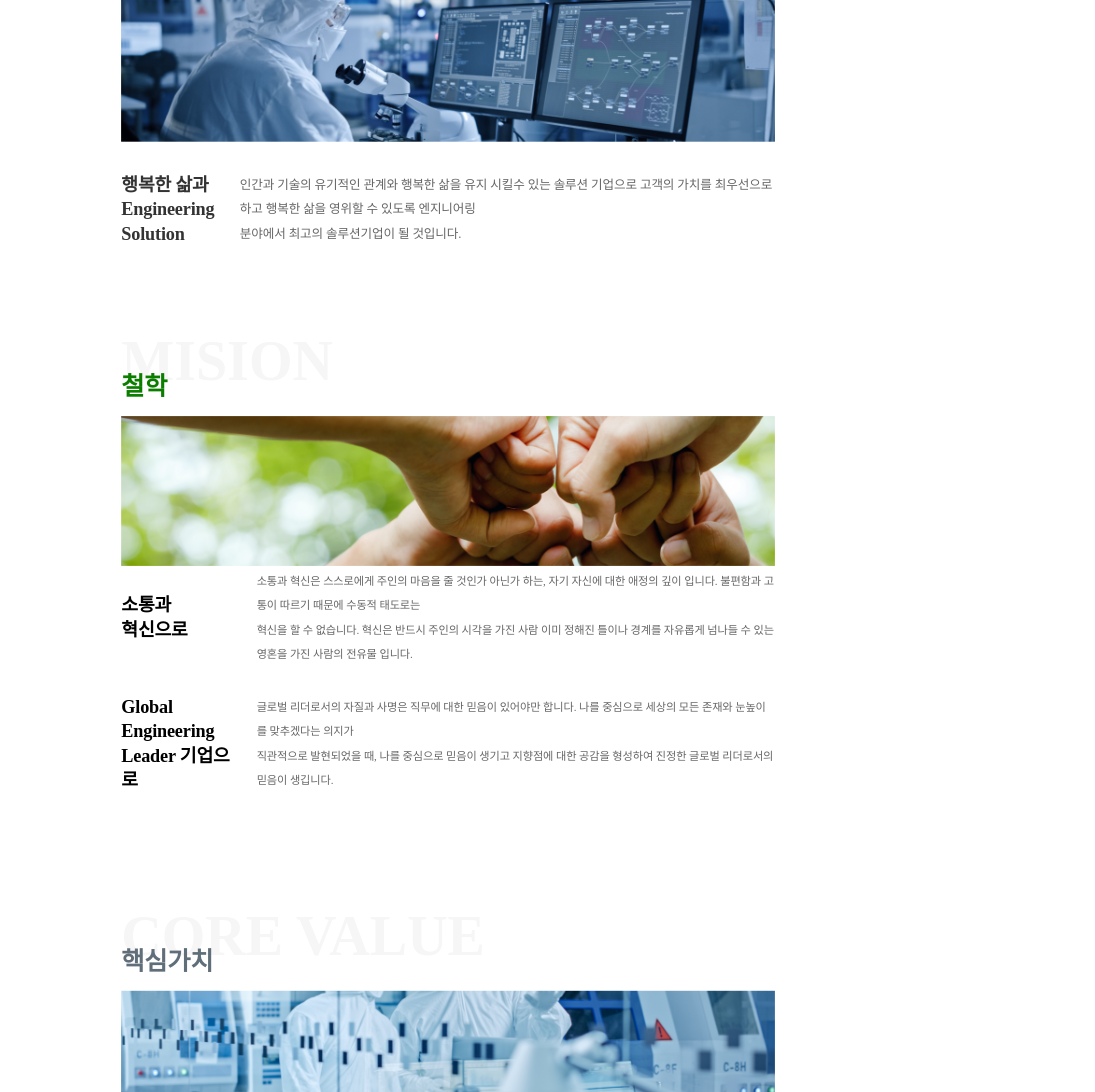
Repository: wogml3270/kumyoungENG
Page: sub/about/about_company.html
An editor plug-in stored every save of this project. The page is shown before and after the next save, followed by the edit.
The browser window is 1280 px wide. The page is 1564 px wide, so the pictures cover 1564 px, including what lies to the right of the window. The pictures show the part of the page from y = 958 to 2518 px (the page is 3113 px tall before and 3095 px after), at 70% of full size.
Some web fonts or font styles are not loaded; a fallback is used.

Above is the page before, as saved 2022-07-25 14:42:09.

### sub/about/about_company.html
<!DOCTYPE html>
<html lang="ko">
    <head>
        <meta charset="UTF-8" />
        <meta http-equiv="X-UA-Compatible" content="ie=edge" />
        <meta name="viewport" content="width=device-width, initial-scale=1.0" />
        <link rel="stylesheet" href="./../css/reset.css" />
        <link rel="stylesheet" href="./../css/about_company.css" />
        <link rel="stylesheet" href="./../css/about_banner.css">
        <link rel="stylesheet" href="./../css/snb_bar.css">
        <link rel="stylesheet" href="../../css/header.css">
        <link rel="stylesheet" href="../../css/footer.css">
        <link rel="stylesheet" href="/css/media.css">
        <script src="https://ajax.googleapis.com/ajax/libs/jquery/3.5.1/jquery.min.js"></script>
        <script src="http://ajax.aspnetcdn.com/ajax/jQuery/jquery-1.12.4.min.js"></script>
        <script src="https://code.jquery.com/jquery-1.12.4.min.js"></script>
        <script src="../../js/script.js"></script>
        <script src="../../js/snb_bar.js"></script>
        <title>회사소개_기업정신</title>
    </head>
    <body>
        <div id="header"></div>
        <div id="wrap">
            <div class="about-banner">
                <p>KUM YOUNG ENG</p>
                <span></span>
                <h3>회사소개</h3>
                <!-- <img src="./../images/company-banner-image.png" alt="배너 이미지"> -->
            </div>

            <div class="snb">
                <a href="/">homeimg</a>

                    <ul class="snb_box">
                        <li><a href="">회사소개<img src="./../images/Vector 1.png" alt=""></a></li>
                        <li>
                            <a href="/sub/about/about_company.html">기업정신<img src="./../images/Vector 1.png" alt=""></a>
                            <ol class="lnb">
                                <li><a href="/sub/about/about_greeting.html">인사말</a></li>
                                <!-- <li><a href="/sub/about/about_company.html">기업정신</a></li> -->
                                <li><a href="/sub/about/about_management.html">경영이념</a></li>
                                <li><a href="">ESG경영</a></li>
                                <li><a href="/sub/about/about_history.html">연혁</a></li>
                                <li><a href="/sub/about/about_org.html">조직도</a></li>
                                <li><a href="/sub/about/about_branch.html">지사/해외법인</a></li>
                                <li><a href="/sub/about/about_wayto.html">오시는길</a></li>
                            </ol>
                        </li>
                    </ul>
              </div>

            <section id="mind">
                <h2>기업정신</h2>

                <article class="vision">
                    <h3>VISION</h3>
                    <h4>비전</h4>

                    <img src="./../images/vision-image.png" alt="행복한 삶과 Engineering Solution">


                    <div class="firsttx">
                        <p>
                            행복한 삶과 <br />
                            Engineering Solution
                        </p>

                        <p>
                            인간과 기술의 유기적인 관계와 행복한 삶을 유지 시킬수 있는 솔루션 기업으로
                            고객의 가치를 최우선으로 하고 행복한 삶을 영위할 수 있도록 엔지니어링 <br />
                            분야에서 최고의 솔루션기업이 될 것입니다.
                        </p>
                    </div>
                </article>

                <article class="mission">
                    <h3>MISION</h3>
                    <h4>철학</h4>
                    <img src="./../images/mission-image.png" alt="소통과 혁신으로 Global Engineering Leader 기업으로">

                    <table class="secondtx">
                        <tr>
                            <th>
                                소통과 <br />
                                혁신으로
                            </th>

                            <td>
                                소통과 혁신은 스스로에게 주인의 마음을 줄 것인가 아닌가 하는, 자기 자신에 대한 애정의 깊이 입니다.
                                불편함과 고통이 따르기 때문에 수동적 태도로는 <br />
                                혁신을 할 수 없습니다. 혁신은 반드시 주인의 시각을 가진 사람 이미 정해진 틀이나
                                경계를 자유롭게 넘나들 수 있는 영혼을 가진 사람의 전유물 입니다.
                            </td>
                        </tr>

                        <div>
                            <th>
                                Global Engineering <br />
                                Leader 기업으로
                            </th>

                            <td>
                                글로벌 리더로서의 자질과 사명은 직무에 대한 믿음이 있어야만 합니다.
                                나를 중심으로 세상의 모든 존재와 눈높이를 맞추겠다는 의지가 <br />
                                직관적으로 발현되었을 때, 나를 중심으로 믿음이 생기고 지향점에 대한 공감을 형성하여
                                진정한 글로벌 리더로서의 믿음이 생깁니다.
                            </td>
                        </div>
                    </table>
                </article>

                <article class="core_value">
                    <h3>CORE VALUE</h3>
                    <h4>핵심가치</h4>

                    <img src="./../images/value-image.png" alt="핵심가치">
                    <div class="thirdtx">
                        <dl>
                            <dt>고객우선</dt>
                            <dd>KY ENG는 고객이 원하는 믿을 수 있는 제품과 서비스를 제공한다.</dd>
                        </dl>
                        <dl>
                            <dt>인재우선</dt>
                            <dd>KY ENG는 신뢰와 존중을 바탕으로 기업과 인재가 함께 성장해 나갑니다.</dd>
                        </dl>
                        <dl>
                            <dt>창의적 혁신</dt>
                            <dd>KY ENG는 독창적 사고로 고정관념을 타파하여 차별화된 경쟁력을 확보하고 새로운 시장을 선도한다.</dd>
                        </dl>
                        <dl>
                            <dt>변화선도</dt>
                            <dd>KY ENG 는 현실안주를 퇴보로 인식하고, 끊임없이 변화와 혁신을 추구해온 기업이며 세계시장을 리드하고 변화를 선도하는 기업이 되기 위해 노력합니다.</dd>
                        </dl>
                    </div>

                </article>
            </section>
        </div>
        <div id="footer"></div>
    </body>
</html>

### sub/css/reset.css
@charset "UTF-8";

* {
    margin: 0;
    padding: 0;
  }

  body,
  html {
    width: 100%;
    height: 100%;
    font-family: "Pretendard";
  }

  ul,
  li {
    list-style: none;
    text-decoration: none;
  }

  a:link,
  a:visited,
  a:hover,
  a:active {
    color: #fff;
    text-decoration: none;
  }

### sub/css/about_company.css
@charset "utf-8";

@import url("https://cdn.jsdelivr.net/gh/orioncactus/pretendard@v1.3.4/dist/web/static/pretendard.css");

table{
  border-collapse: collapse;
}
tr,th,td{
  text-align: left;
  letter-spacing: -0.01em;
  font-family: 'Pretendard';
  font-style: normal;
}
th{
  font-weight: 600;
  font-size: 26px;
  line-height: 35px;
  padding-right: 3%;
  padding-bottom: 40px;
}
td{
  font-weight: 400;
  line-height: 35px;
  color: #666666;
  padding-bottom: 40px;
}

#wrap > img {
  width: 100%;
  height: auto;
}

#mind {
  width: 100%;
  padding-top: 110px;
}

#mind > h2 {
  color: #333;
  font-size: 24px;
  font-weight: 600;
  text-align: center;
}

article {
  width: 72.916%;
  margin-left: 13.5416%;
  margin-top: 120px;
}

article > h3 {
  color: #f6f6f6;
  font-size: 80px;
  font-weight: 800;
}

article > h4 {
  font-size: 36px;
  font-weight: 600;
  letter-spacing: -0.01em;
  position: relative;
  top: -40px;
}

article > img {
  width: 100%;
  margin-top: -20px;
}

.vision > h4 {
  color: #004170;
}

.firsttx {
  display: flex;
  flex-flow: row nowrap;
  justify-content: space-between;
  margin-top: 40px;
}
.firsttx > p {
  line-height: 35px;
  letter-spacing: -0.01em;
}
.firsttx > p:nth-child(1) {
  color: #333;
  font-size: 26px;
  font-weight: 600;
  margin-right: 10px;
}
.firsttx > p:nth-child(2) {
  color: #666;
  font-weight: 400;
  font-size: 18px;
}

.mission > h4 {
  color: #0B7E00;
}
.secondtx > div {
  display: flex;
  flex-flow: row nowrap;
  justify-content: flex-start;
  margin-top: 40px;
  line-height: 35px;
}

.secondtx > div > p {
  word-break: keep-all;
}

.secondtx > div:nth-child(1) > p:nth-child(1){
  margin-right: 249px;
}
.secondtx > div:nth-child(2) > p:nth-child(1){
  margin-right: 116px;
}

.secondtx > div > p:nth-child(1){
  color: #333;
  font-size: 26px;
  font-weight: 600;
}
.secondtx > div > p:nth-child(2){
  color: #666;
  font-size: 18px;
  font-weight: 400;
}

.core_value > h4 {
  color: #606E79;
}

.thirdtx {
  margin-top: 40px;
}

.thirdtx > dl {
  display: flex;
  flex-flow: row nowrap;
  justify-content: flex-start;
  margin-bottom: 20px;
}

.thirdtx > dl:last-child {
  margin-bottom: initial;
}

.thirdtx > dl > dt {
  color: #333;
  font-size: 26px;
  font-weight: 600;
  line-height: 35px;
  white-space: nowrap;
}

.thirdtx > dl > dd {
  color: #666;
  font-size: 18px;
  font-weight: 400;
  line-height: 35px;
  margin-left: 17.7857%;
  white-space: nowrap;
}

.thirdtx > dl:nth-child(3) > dd {
  margin-left: 15.7857%;
}

@media screen and (max-width: 899px){

  article{
    width: 80%;
    margin: 120px auto;
  }

  article > h3 {
    font-size: 50px;
  }

  article > h4 {
    font-size: 25px;
  }
  article > div > p:nth-child(1){
    font-size: 20px;
  }
  article > div > p:nth-child(2){
    font-size: 15px;
  }
  .firsttx{
      display: block;
  }
  .firsttx > p:nth-child(1) {
    font-size: 20px;
    margin-right: 0;
  }
  .firsttx > p:nth-child(2){
    font-size: 15px;
  }

  .secondtx > div {
    display: block;
    line-height: 29px;
  }
  .secondtx > div:nth-child(1) > p:nth-child(1){
    margin-right: 0;
    margin-bottom: 10px;
  }

  .secondtx > div:nth-child(2){
    display: block;
  }

  .secondtx > div > p > br {
    display: none;
  }
  .secondtx > div > p:nth-child(1){
    font-size: 20px;
    margin-right: 0;
  }

  .secondtx > div:nth-child(2) > p:nth-child(1) {
    margin-bottom: 10px;
    margin-right: 0;
  }

  .secondtx > div > p:nth-child(2){
    word-break: keep-all;
    font-size: 16px;
  }
  .thirdtx > dl{
    flex-direction: column;
    font-family: 'Pretendard';
    font-style: normal;
  }
  .thirdtx > dl > dt{
    font-size: 20px;
  }
  .thirdtx > dl > dd{
    font-size: 15px;
    margin-left: 3.5%;
    white-space: normal;
  }
  .thirdtx > dl:nth-child(3) > dd{
    margin-left: 3.5%;
  }

}

### sub/css/about_banner.css
@charset "UTF-8";

.about-banner{
    width: 100%;
    height: 500px;
    background: url(../../images/company-banner-image.png) no-repeat center center;
    background-size: cover;
    display: flex;
    flex-direction: column;
    align-items: center;
    justify-content: center;
  }
  .about-banner p{
    font-family: 'Pretendard';
    font-style: normal;
    font-weight: 400;
    font-size: 16px;
    line-height: 20px;
    text-align: center;
    letter-spacing: -0.01em;
    color: #FFFFFF;
  }
  .about-banner span{
    width: 40px;
    height: 1px;
    background: #FFFFFF;
    margin: 16px 0;
  }
  .about-banner h3{
    font-family: 'Pretendard';
    font-style: normal;
    font-weight: 700;
    font-size: 24px;
    line-height: 24px;
    text-align: center;
    letter-spacing: -0.01em;
    color: #FFFFFF;
  }

### sub/css/snb_bar.css
@charset "utf-8";

ul,li {
    list-style: none;
    text-decoration: none;
}

a:link,
a:visited,
a:hover,
a:active {
    color: #fff;
    text-decoration: none;
}

.snb {
    position: relative;
    top: -26px;
    width: 72.916%;
    height: 60px;
    margin: 0 auto;
    background-color: #fff;
    border: 1px solid #ddd;
    box-sizing: border-box;
    box-shadow: 0px 4px 15px rgba(0, 0, 0, 0.1);
    z-index: 1;
}

.snb > a {
    position: absolute;
    top: -1px;
    left: -1px;
    display: block;
    width: 65px;
    height: 60px;
    text-indent: -9999px;
    background-color: #004170;
    background-image: url(./../images/Group.png);
    background-position: center center;
    background-repeat: no-repeat;
}

.snb > a {
    display: block;
    width: 65px;
    height: 60px;
}

.snb_box {
    display: flex;
    flex-flow: row nowrap;
    /* margin-left: 20.5px; */
    margin-left: 64px;
    margin-top: 0;

}

.snb_box > li {
    position: relative;
    text-indent: 20.5px;
    /* text-indent: 30%; */
    width: 209px;
    height: 60px;
    line-height: 60px;
    border-right: 1px solid #ddd;
    box-sizing: border-box;
}

.snb_box > li > a {
    display: block;
    height: 60px;
    color: #333;
    font-family: 'Pretendard';
    font-style: normal;
    font-weight: 400;
    font-size: 16px;
}

.snb_box > li > a > img {
    position: absolute;
    top: 22.5px;
    left: 80%;

}

.snb_box > li:last-child > a:hover > img {
    transform: rotate(90deg);
    transition: 0.3s;
}

.lnb {
    display: none;
    position: absolute;
    width: 100%;
    padding: 0;
    border: 1px solid #DDDDDD;
    border-top: none;
    background-color: #fff;
}

.lnb > li > a {
    color: #333;
    display: block;
    font-family: 'Pretendard';
    font-style: normal;
    font-weight: 400;
    font-size: 16px;
}

.lnb > li > a:hover {
    background-color: #F5F5F5;
}

@media screen and (max-width: 899px){
    .snb{
        height: 40px;
    }
    .snb > a{
        width: 45px;
        height: 40px;
    }
    .snb_box > li{
        height: 40px;
        line-height: 40px;
    }
    .snb_box > li > a{
        height: 40px;
        font-size: 13px;
    }
    .snb_box > li > a > img{
        top: 13.5px;
    }
    .lnb > li > a{
        font-size: 13px;
    }
}

### css/footer.css
@charset "utf-8";

@import url("https://cdn.jsdelivr.net/gh/orioncactus/pretendard@v1.3.4/dist/web/static/pretendard.css");

body {
    margin: 0 auto;
    padding: 0;
}

footer {
    position: relative;
    width: 100%;
    height: 132px;
    font-family: 'Pretendard';
    font-size: 14px;
    font-weight: 400;
    background-color: #122B42;
    display: flex;
    align-items: center;
    justify-content: space-between;
    margin-top: 150px;
}

footer > address {
    color: #CECED5;
    line-height: 30px;
    font-style: normal;
    letter-spacing: -0.01em;
    margin-left: 13.663%;
}

footer > .footer-right{
    display: flex;
    flex-direction: column;
    align-items: flex-end;
    margin-right: 13.663%;
}
footer > .footer-right .logo {
    margin-bottom: 16px;
    display: block;
}

footer > .footer-right span {
    color: #CECED5;
}

### css/media.css
@charset "utf-8";

@media only screen and (min-width: 899px){
    .header_gnb_mobile{
        position: absolute;
        top: -9999px;
    }
}
    /* 모바일 가로, 타블렛 세로 */
@media only screen and (max-width: 899px) {

    /* header */
    .header{
        height: 120px;
        flex-direction: column;
    }
    .header > a{
        margin: 27px 10px 0 10px;
        z-index: 9999;
    }
    .header > a > img{
        width: 120px;
    }
    .header_gnb{
        display: none;
    }
    .header > .right{
        margin-right: 0;
        width: 100%;
    }
    .header > .right > .lang{
        position: absolute;
        top: 30px;
        left: 20px;
    }
    .header > .right > .lang > a{
        font-size: 11px;
    }
    .header_gnb_mobile{
        padding-top: 80px;
        width: 100%;
        background: #ffffff;
        position: absolute;
        top: 0;
    }
    .header_gnb_mobile > li{
        padding: 15px 20px;
        cursor: pointer;
        border-bottom: 1px solid #cccccc;
        position: relative;
    }
    .header_gnb_mobile > li::before{
        content: ">";
        position: absolute;
        right: 25px;
        font-family: 'Pretendard';
        font-style: normal;
        font-weight: 400;
        font-size: 20px;
        color: #9c9c9c;
        transform: rotate(90deg);
        transition: 0.3s;
    }
    .header_gnb_mobile > li > a{
        color: #333333;
        font-family: 'Pretendard';
        font-style: normal;
        font-weight: 400;
    }
    .header_gnb_mobile_toggle{
        display: block;
        z-index: 9999;
    }
    .header_gnb_mobile > li > ul > li{
        margin-left: 20px;
        margin-top: 5px;
    }
    .header_gnb_mobile > li > ul > li > a{
        position: relative;
        font-family: 'Pretendard';
        font-style: normal;
        font-weight: 400;
        font-size: 13px;
        line-height: 18px;
        letter-spacing: -0.01em;
        color: #5B5D7E;
    }
    .header_gnb_mobile > li > ul > li > a::before{
        content: "";
        background: #333333;
        width: 3px;
        height: 3px;
        border-radius: 50%;
        position: absolute;
        left: -11px;
        top: 6px;
    }

    /* main */
    .main_slide > ul > li{
        padding: 0;
        width: 25%;
        text-align: center;
    }
    .tab_menu{
        width: 100%;
    }
    .tab_menu .active::after{
        content: "";
        position: absolute;
        width: 95%;
        height: 63px;
        background: none;
        border: 3px solid #0b7e00;
        left: 10px;
        bottom: 0;
    }
    .tab_menu > .list{
        text-align: center;
        align-items: center;
        justify-content: center;
        flex-direction: column;
    }
    .tab_menu > .list > li{
        width: 100%;
        margin-right: 0;
        padding: 20px 0;
    }
    .tab_menu > .list > li.active{
        font-weight: 900;
    }
    .content01_area{
        height: 1078px;
    }
    .content01_box{
        flex-direction: column;
    }
    .content01_img{
        margin-right: 0;
        text-align: center;
    }
    .content01_img img{
        margin-right: 0;
    }
    .content01_img2 img{
        width: 90%;
    }
    .content01_caption{
        margin: 10px 0;
        width: 80%;
    }
    .content02{
        height: auto;
    }
    .content02 > h2{
        width: 100%;
        text-align: center;
    }
    .content02_box{
        flex-direction: column;
        justify-content: center;
        align-items: center;
        margin: 100px auto;
        gap: 60px;
        width: 90%;
    }
    .content02_box img{
        width: 100%;
    }
    .content02_txt_box{
        top: 172px;
        width: 90%;
        left: 20px;
    }

    .content03_box{
        width: 100%;
    }
    .content03_box_title{
        width: 80%;
    }
    .content03_box_sub{
        width: 80%;
    }

    /* footer */
    footer{
        flex-direction: column;
        justify-content: space-around;
        height: 250px;
    }
    footer > address{
        margin-left: 0;
        text-align: center;
        font-size: 16px;
        width: 80%;
    }
    footer > .footer-right{
        flex-direction: column;
        align-items: center;
        margin: 0 15px;
    }
}

### sub/about/footer.html
<footer>
    <address>
        금영이엔지 | 대전광역시 유성구 엑스포로 385, 본관동 1층,3층 (문지동) <br />
        Tel 042&ndash;824&ndash;5538 | Fax 042&ndash;824&ndash;5539 <br />
        사업자등록번호 314&ndash;81&ndash;92242
    </address>

    <div class="footer-right">
        <a href="#" class="logo">
            <img src="/images/logo-footer.svg" alt="">
        </a>
        <span>Copyright &copy; 2015 KUM YOUNG. All Rights Reserved.</span>
    </div>

</footer>

Loaded but not shown: js/script.js (36 lines, source omitted); js/snb_bar.js (14 lines, source omitted); sub/about/header.html (358 lines, source omitted); css/header.css (302 lines, source omitted)

After the next save:
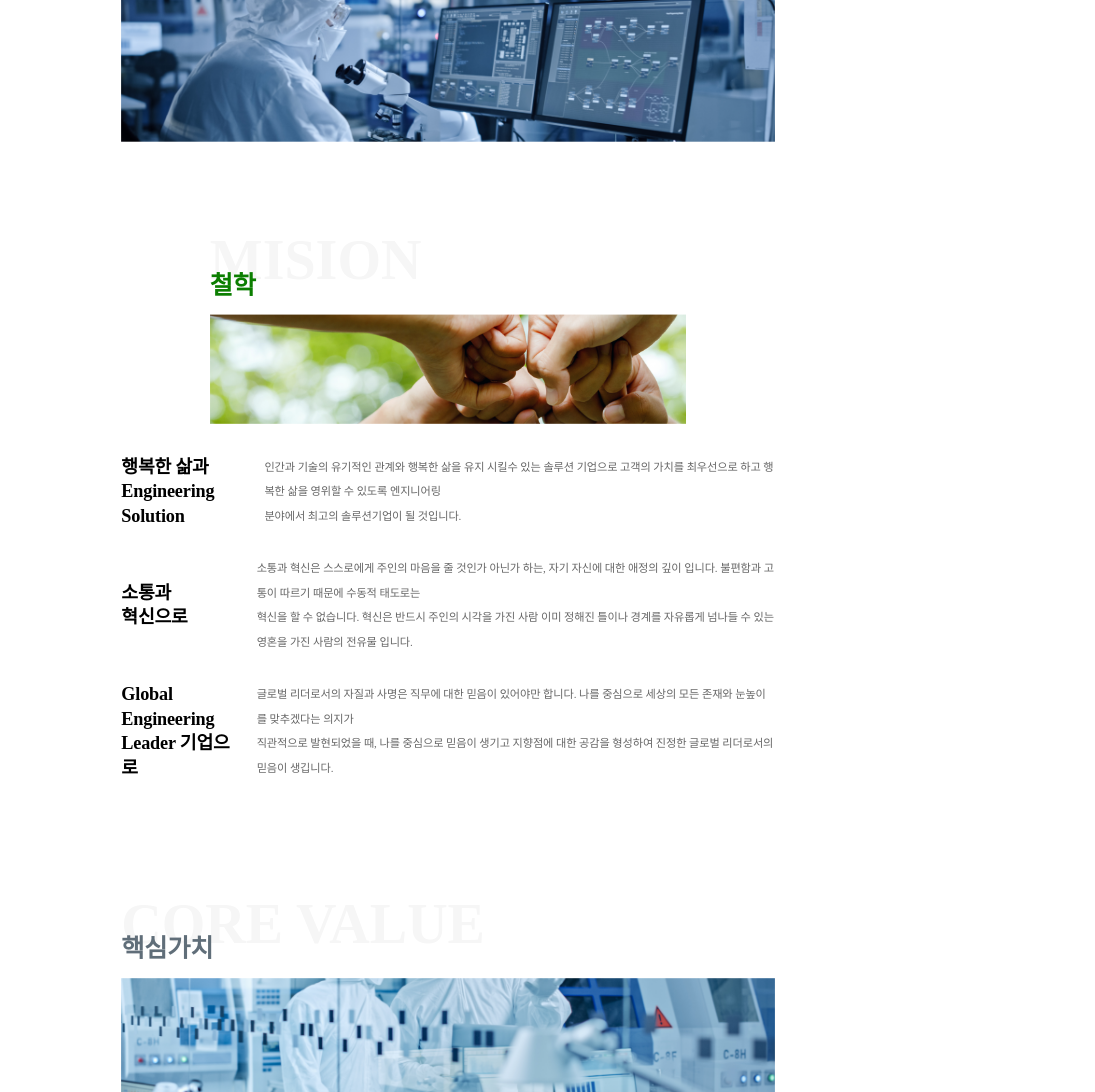
Saved 3 min 53 s later.
--- a/sub/about/about_company.html
+++ b/sub/about/about_company.html
@@ -59,17 +59,19 @@
                     <img src="./../images/vision-image.png" alt="행복한 삶과 Engineering Solution">
 
 
-                    <div class="firsttx">
-                        <p>
-                            행복한 삶과 <br />
-                            Engineering Solution
-                        </p>
+                    <table class="firsttx">
+                        <tr>
+                            <th>
+                                행복한 삶과 <br />
+                                Engineering Solution
+                            </th>
 
-                        <p>
-                            인간과 기술의 유기적인 관계와 행복한 삶을 유지 시킬수 있는 솔루션 기업으로
-                            고객의 가치를 최우선으로 하고 행복한 삶을 영위할 수 있도록 엔지니어링 <br />
-                            분야에서 최고의 솔루션기업이 될 것입니다.
-                        </p>
+                            <td>
+                                인간과 기술의 유기적인 관계와 행복한 삶을 유지 시킬수 있는 솔루션 기업으로
+                                고객의 가치를 최우선으로 하고 행복한 삶을 영위할 수 있도록 엔지니어링 <br />
+                                분야에서 최고의 솔루션기업이 될 것입니다.
+                            </td>
+                        </tr>
                     </div>
                 </article>
 
